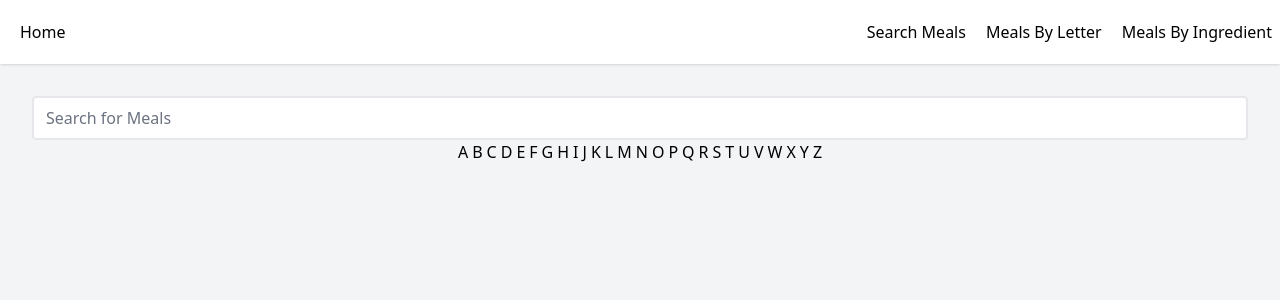
Repository: HalemX/meals
Page: /
These files come from the project's save history. The page is drawn as it stood at one moment and after the next save; the edit follows.
The browser window is 1280 px wide. The pictures show the whole page.
The page's requests for data from a server got no answer. The project was rebuilt for these pictures with package versions that can differ from the ones it lists, and the page was loaded fresh each time. No one was signed in, and anything a server would have sent is missing. Also part of the build but not shown: vite.config.js, src/pages/MealsByIngredient.vue, src/pages/MealsByName.vue, src/components/GuestLayout.vue. Imported but missing from the stored project, and not drawn on this page: src/pages/MealsByLetters.vue.

Above is the page before, as saved 2024-02-08 17:49:50.

After the next save:
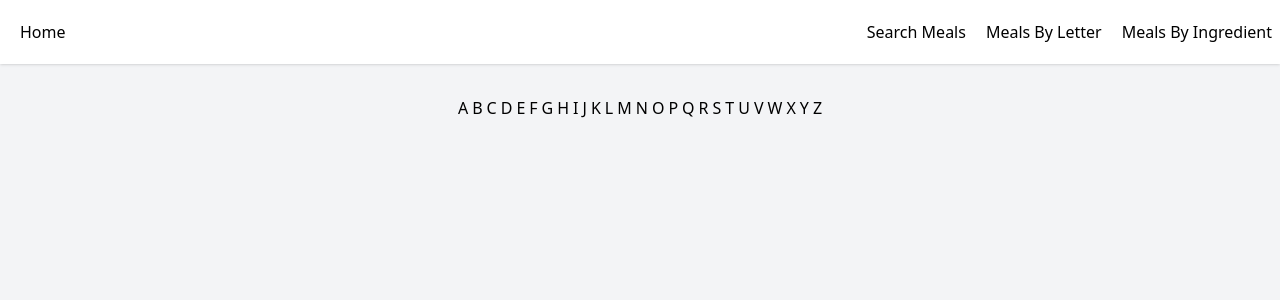
Saved 2 min 19 s later.
--- a/src/pages/Home.vue
+++ b/src/pages/Home.vue
@@ -1,10 +1,5 @@
 <template>
   <div class="flex flex-col p-8 justify-center">
-    <input
-      type="text"
-      class="w-full rounded border-2 border-gray-200"
-      placeholder="Search for Meals"
-    />
     <div class="flex gap-1 justify-center">
       <router-link
         :to="{ name: 'byLetter', params: { letter } }"
